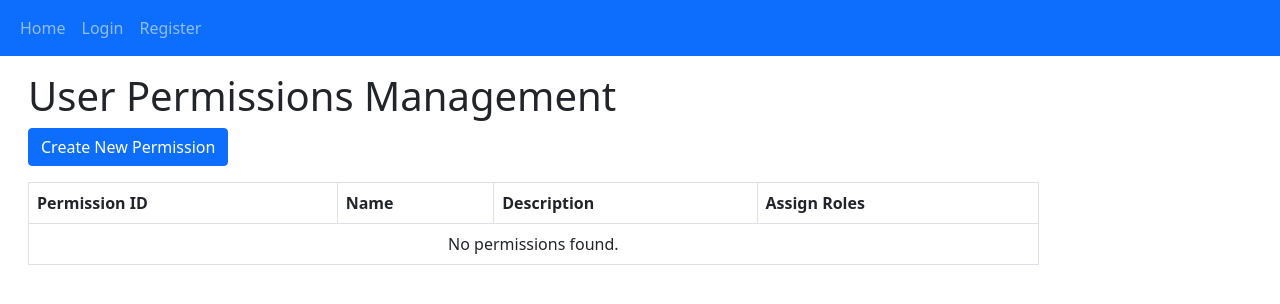
Repository: Matsikembareb/myPowervision
Page: http://localhost/permissions
The author's editor kept a copy of each file at every save. The page is drawn from the files as they stood at one save, then again after the next save.
The browser window is 1280 px wide. The pictures show the whole page.
The page is served by the project's application, run on Flask 3 (01prototype/myPowervision/__init__.py). Other server files are loaded and not shown. Queries for data that is not in the repository find no rows.

Above is the page before, as saved 2025-09-27 06:41:52.

### 01prototype/myPowervision/templates/user_management/permissions.html
{% extends "base.html" %}
{% block content %}
<h1>User Permissions Management</h1>
<div class="mb-3">
    <a href="{{ url_for('create_permission') }}" class="btn btn-primary">Create New Permission</a>
</div>
<table class="table table-bordered">
    <thead>
        <tr>
            <th>Permission ID</th>
            <th>Name</th>
            <th>Description</th>
            <th>Assign Roles</th>
        </tr>
    </thead>
    <tbody>
        {% if permissions %}
            {% for permission in permissions %}
            <tr>
                <td>{{ permission.id }}</td>
                <td>{{ permission.permission }}</td>
                <td>{{ permission.description }}</td>
                <form action="{{ url_for('home_page', permission_id=permission.id) }}" method="POST" style="display:inline;">
                    <button type="submit" class="btn btn-sm btn-danger" onclick="return confirm('Are you sure you want to delete this role?');">Delete</button>
                </form>
                <td>
                {% if roles %}
                    {% for role in roles %}

                        {{ role.name }}
                    {% endfor %}
                {% endif %}
                </td>
            </tr>
            {% endfor %}
        {% else %}
        <tr>
            <td colspan="4" class="text-center">No permissions found.</td>
        </tr>
        {% endif %}
    </tbody>
</table>
{% endblock content %}

### 01prototype/myPowervision/templates/base.html
<!doctype html>
<html lang="en">
  <head>
    <!-- Required meta tags -->
    <meta charset="utf-8">
    <meta name="viewport" content="width=device-width, initial-scale=1">

    <!-- Bootstrap CSS -->
    <link href="https://cdn.jsdelivr.net/npm/bootstrap@5.0.2/dist/css/bootstrap.min.css" rel="stylesheet" integrity="sha384-EVSTQN3/azprG1Anm3QDgpJLIm9Nao0Yz1ztcQTwFspd3yD65VohhpuuCOmLASjC" crossorigin="anonymous">
    <!-- Font Awesome for icons -->
    <link href="https://cdnjs.cloudflare.com/ajax/libs/font-awesome/6.0.0/css/all.min.css" rel="stylesheet">

    {% if title %}
    <title>{{ title }} - myPowervision</title>
    {% else %}
    <title>myPowervision</title>
    {% endif %}
  </head>
  <body>
    <nav class="navbar navbar-expand-sm bg-primary navbar-dark">
      <div class="container-fluid">
        <ul class="navbar-nav">
          <li class="nav-item">
          <a class="nav-link {{ 'active' if active == 'home' else '' }}" href="{{ url_for('home_page') }}">Home<span class="visually-hidden">(current)</span></a>
          </li>
          {% if current_user.is_anonymous %}
          <li class="nav-item">
            <a class="nav-link {{ 'active' if active == 'login' else '' }}" href="{{ url_for('login_page') }}">Login</a>
          </li>
          <li class="nav-item">
            <a class="nav-link {{ 'active' if active == 'register' else '' }}" href="{{ url_for('register_page') }}">Register</a>
          </li>
          {% else %}
          <li class="nav-item">
            <a class="nav-link btn btn-outline-light btn-sm" href="{{ url_for('logout') }}">Logout</a>
          </li>
          {% endif %}
        </ul>
      </div>
    </nav>


    <!-- Flash messages -->
    {% with messages=get_flashed_messages(with_categories=True) %}
      {% if messages %}
        <div class="container-fluid mt-3">
          {% for category, message in messages %}
            <div class="alert alert-{{ category }} alert-dismissible fade show">
              <button type="button" class="btn-close" data-bs-dismiss="alert" aria-label="Close"></button>
              {{ message }}
            </div>
          {% endfor %}
        </div>
      {% endif %}
    {% endwith %}

    <!-- Main layout with sidebar and content -->
    <div class="container-fluid">
      <div class="row">
        {% if current_user.is_authenticated %}
        <!-- Vertical Sidebar -->
        <div class="col-md-3 col-lg-2 px-0">
          {% include 'menu.html' %}
        </div>
        {% endif %}
        <!-- Main Content Area -->
        <div class="col-md-9 col-lg-10">
          <main class="p-3">
            {% block content %}{% endblock content %}
          </main>
        </div>
      </div>
    </div>

    <!-- Bootstrap Bundle with Popper -->
    <script src="https://cdn.jsdelivr.net/npm/bootstrap@5.0.2/dist/js/bootstrap.bundle.min.js" integrity="sha384-MrcW6ZMFYlzcLA8Nl+NtUVF0sA7MsXsP1UyJoMp4YLEuNSfAP+JcXn/tWtIaxVXM" crossorigin="anonymous"></script>
  </body>
</html>

### 01prototype/myPowervision/routes.py
from myPowervision import app
from flask import render_template, url_for, redirect, flash, request
from flask_login import login_user, logout_user, current_user
from urllib.parse import urlsplit
import sqlalchemy as sa

from myPowervision import db
from myPowervision.forms import LoginForm, RegistrationForm, RoleForm, PermissionForm, StaffForm
from myPowervision.models import Permission, Role, Staff, User, role_permission


@app.route('/')
@app.route('/home')
def home_page():
    return render_template('index.html', title='Home', active='home')

@app.route('/register', methods=['GET', 'POST'])
def register_page():
    if current_user.is_authenticated:
        return redirect(url_for('home_page'))
    form = RegistrationForm()
    if form.validate_on_submit():
        user = User(username=form.username.data, email=form.email.data)
        user.set_password(form.password.data)
        db.session.add(user)
        db.session.commit()
        flash('Registration successful! You can now log in.', category='success')
        return redirect(url_for('login_page'))
    return render_template('auth/register.html', title='Register', active='register', form=form)

@app.route('/login', methods=['GET', 'POST'])
def login_page():
    if current_user.is_authenticated:
        return redirect(url_for('home_page'))
    form = LoginForm()
    if form.validate_on_submit():
        user = db.session.scalar(sa.select(User).where(User.username == form.username.data))
        if user:
            if user.check_password(form.password.data):
                login_user(user, remember=form.remember_me.data)
                next_page = request.args.get('next')
                if not next_page or urlsplit(next_page).netloc != '':
                    next_page = url_for('home_page')
                flash(f'Login successful for user {form.username.data}', category='success')
                return redirect(next_page)
            else:
                flash('Invalid password!', category='danger')
                return redirect(url_for('login_page'))
        else:
            flash('User not found!', category='danger')
            return redirect(url_for('login_page'))

    return render_template('auth/login.html', title='Sign In', active='login', form=form)

@app.route('/forgot-password')
def forgot_password_page():
    return render_template('auth/forgot_password.html', title='Forgot Password', active='forgot_password')

@app.route('/logout')
def logout():
    logout_user()
    flash('You have been logged out.', category='success')
    return redirect(url_for('home_page'))

# ---------------------------------STAFF, DEPARTMENTS, POSITIONS--------------------------------------
# ---------------------------------Staff--------------------------------------
@app.route("/staff")
def staffManagement():
    return render_template('staff_management/staff.html', title='Staff Management', active='staff')
@app.route("/create-staff", methods=['GET', 'POST'])
def create_staff():
    form = StaffForm()
    if form.validate_on_submit():
        new_staff = Staff(name=form.name.data, department=form.department.data, position=form.position.data)
        db.session.add(new_staff)
        db.session.commit()
        flash('Staff created successfully!', category='success')
        return redirect(url_for('staffManagement'))
    return render_template('staff_management/create_staff.html', title='Create Staff', active='staff', form=form)
# ---------------------------------Departments--------------------------------------
@app.route("/departments")
def departmentManagement():
    return render_template('staff_management/departments.html', title='Department Management', active='departments')
# ---------------------------------Positions--------------------------------------
@app.route("/positions")
def positionManagement():
    return render_template('staff_management/positions.html', title='Position Management', active='positions')

# ---------------------------------USERS, ROLES, PERMISSIONS--------------------------------------
# ---------------------------------Users--------------------------------------
@app.route("/users")
def userManagement():
    users = db.session.scalars(sa.select(User)).all()
    return render_template('user_management/users.html', title='User Management', active='users', users=users)

# ---------------------------------Roles--------------------------------------
@app.route("/roles")
def roleManagement():
    roles = db.session.scalars(sa.select(Role)).all()
    return render_template('user_management/roles.html', title='Role Management', active='roles', roles=roles)

@app.route("/create-role", methods=['GET', 'POST'])
def create_role():
    form = RoleForm()
    if form.validate_on_submit():
        new_role = Role(name=form.name.data, description=form.description.data)
        db.session.add(new_role)
        db.session.commit()
        flash('Role created successfully!', category='success')
        return redirect(url_for('roleManagement'))
    return render_template('user_management/create_role.html', title='Create Role', active='roles', form=form)

# ---------------------------------Permissions for Roles--------------------------------------
@app.route("/assign-permissions")


# ---------------------------------Permissions--------------------------------------
@app.route("/permissions")
def permissionManagement():
    permissions = db.session.scalars(sa.select(Permission)).all()
    roles = db.session.scalars(sa.select(Role)).all()
    rolepermissions = db.session.scalars(sa.select(role_permission)).all()
    return render_template('user_management/permissions.html', title='Permission Management', active='permissions', permissions=permissions, roles=roles, role_permissions=rolepermissions)

@app.route("/create-permission", methods=['GET', 'POST'])
def create_permission():
    form = PermissionForm()
    if form.validate_on_submit():
        new_permission = Permission(permission=form.permission.data, description=form.description.data)
        db.session.add(new_permission)
        db.session.commit()
        flash('Permission created successfully!', category='success')
        return redirect(url_for('permissionManagement'))
    return render_template('user_management/create_permission.html', title='Create Permission', active='permissions', form=form)
# ---------------------------------admin area--------------------------------------


# admin dashboard
@app.route("/admin/dashboard", methods=['GET','POST'])
def adminDashboard():
    if not session.get('admin_id'):
        return redirect(url_for('adminIndex'))
    total_users = User.query.count()
    approved_users = User.query.filter_by(status=1).count()
    disapproved_users = User.query.filter_by(status=0).count()
    return render_template("auth/admin/dashboard.html", title="Admin Dashboard", total_users=total_users, approved_users=approved_users, disapproved_users=disapproved_users)

# ADMIN get all users
@app.route("/admin/users", methods=['GET','POST'])
def adminUsers():
    if not session.get('admin_id'):
        return redirect(url_for('adminIndex'))
    users = User.query.all()
    if request.method == 'POST':
        # Fetch all users
        search = request.form.get('search')
        users = User.query.filter((User.fname.contains(search)) | (User.lname.contains(search)) | (User.email.contains(search))).all()
    return render_template("auth/admin/users.html", title="All Users", users=users)

# ADMIN approve user
@app.route("/admin/approve/<int:user_id>")
def adminApproveUser(user_id):
    if not session.get('admin_id'):
        return redirect(url_for('adminIndex'))
    user = User.query.get(user_id)
    if user:
        user.status = 1  # Approve the user
        db.session.commit()
        flash("User approved successfully", "success")
    else:
        flash("Error!", "danger")
    return redirect(url_for('adminUsers'))

# ADMIN disapprove user
@app.route("/admin/disapprove")
def adminDisapproveUser(user_id):
    if not session.get('admin_id'):
        return redirect(url_for('adminIndex'))
    user = User.query.get(user_id)
    if user:
        user.status = 0  # Disapprove the user
        db.session.commit()
        flash("User disapproved successfully", "success")
    else:
        flash("Error!", "danger")
    return redirect(url_for('adminUsers'))

### 01prototype/myPowervision/__init__.py
from flask import Flask, render_template, redirect, url_for, flash
from config import Config
from flask_sqlalchemy import SQLAlchemy
from flask_migrate import Migrate
from flask_login import LoginManager

app = Flask(__name__)
app.config.from_object(Config)
db = SQLAlchemy(app)
migrate = Migrate(app, db)
login = LoginManager(app)
login.login_view = 'login_page'

from myPowervision import routes, models

After the next save:
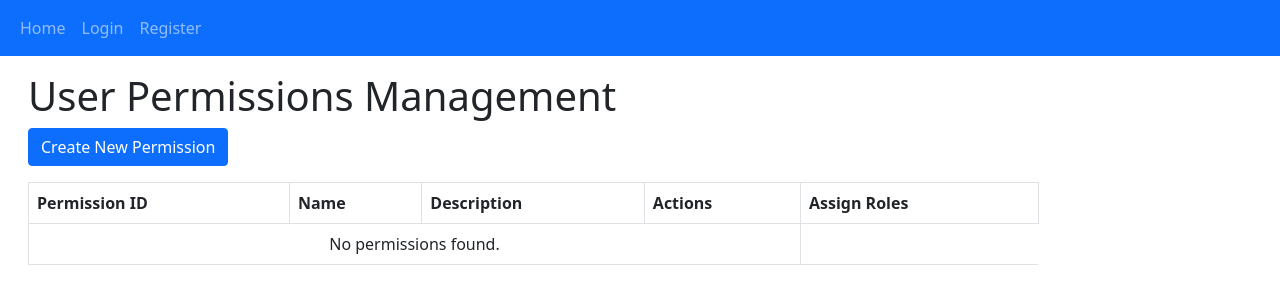
Saved 69 s later.
--- a/01prototype/myPowervision/templates/user_management/permissions.html
+++ b/01prototype/myPowervision/templates/user_management/permissions.html
@@ -10,6 +10,7 @@
             <th>Permission ID</th>
             <th>Name</th>
             <th>Description</th>
+            <th>Actions</th>
             <th>Assign Roles</th>
         </tr>
     </thead>
@@ -20,9 +21,11 @@
                 <td>{{ permission.id }}</td>
                 <td>{{ permission.permission }}</td>
                 <td>{{ permission.description }}</td>
+                <td>
                 <form action="{{ url_for('home_page', permission_id=permission.id) }}" method="POST" style="display:inline;">
                     <button type="submit" class="btn btn-sm btn-danger" onclick="return confirm('Are you sure you want to delete this role?');">Delete</button>
                 </form>
+                </td>
                 <td>
                 {% if roles %}
                     {% for role in roles %}
